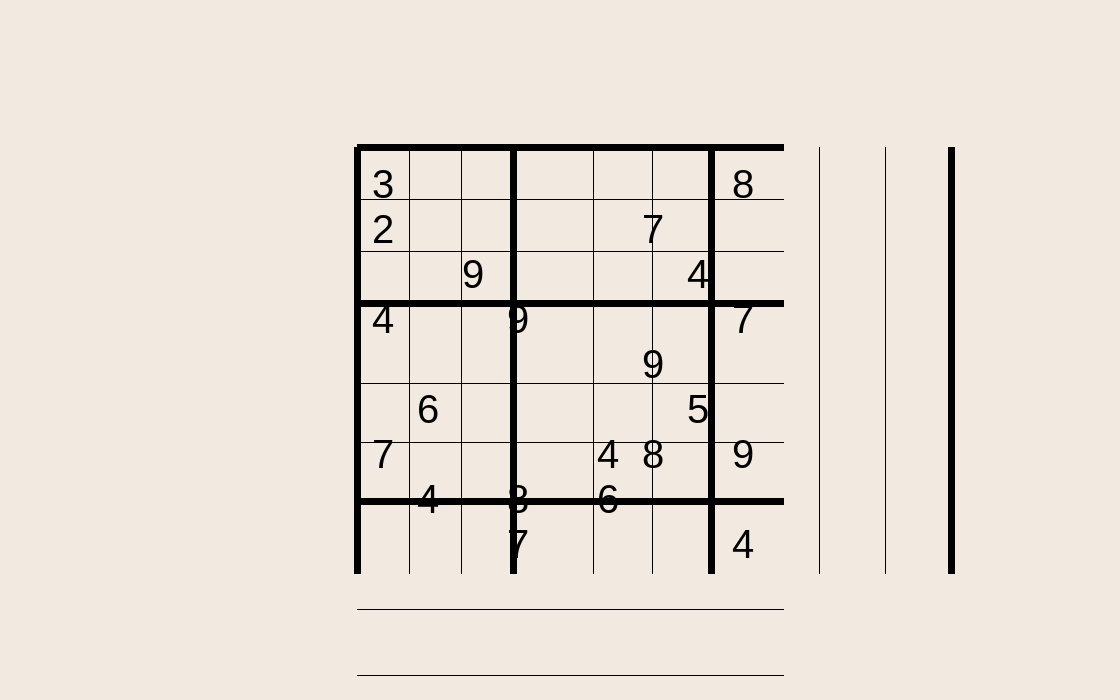
Repository: JensVL96/Puzzle-solver-for-fun
Script's output: python sudoku.py
These files come from the project's save history. The script's output is drawn as it stood at one moment and after a run of saves; the edit follows.
The window is shown after at most 60 frames with no key pressed. A system font it names is replaced by a similar one. Random numbers start from a fixed seed.

Above is the script's output before, as saved 2020-11-07 20:39:34.

After the next 2 saves:
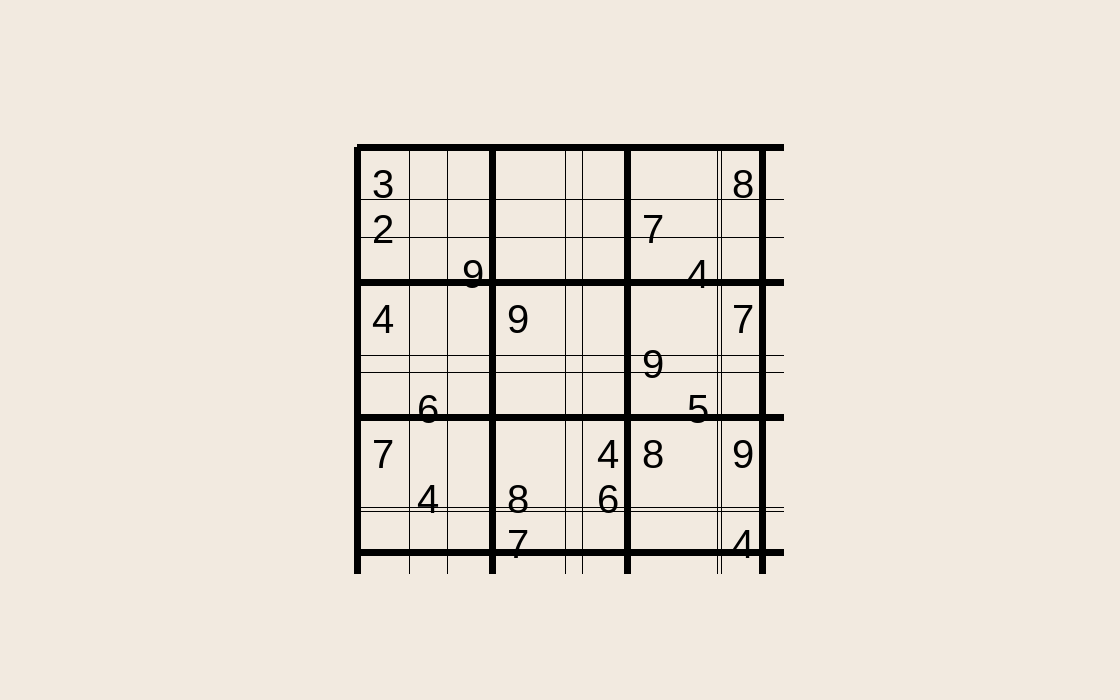
The 2 saves are shown as one change because 1 did not build or start.
The last was saved 18 s later.
--- a/display_board.py
+++ b/display_board.py
@@ -53,6 +53,8 @@ class Display_board():
 
             if i %3 == 0:
                 size +=7
+            else:
+                size = BLOCK_SIZE
 
             # For candidate placement
             # if i % 3 == 0:
